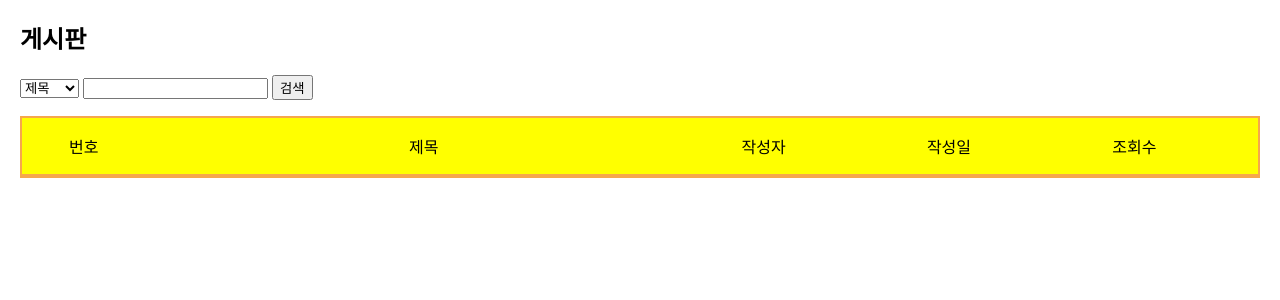
Repository: anydevil0812/board_subject
Page: http://localhost/board/main.jsp
These files come from the project's save history. The page is drawn as it stood at one moment and after the next save; the edit follows.
The browser window is 1280 px wide. The pictures show the whole page.
The page is served by Tomcat 9. Other server files are loaded and not shown.

Above is the page before, as saved 2024-10-25 04:41:57.

### board/src/main/webapp/main.jsp
<%@page import="util.DBUtil"%>
<%@page import="java.sql.Connection"%>
<%@ taglib uri="http://java.sun.com/jsp/jstl/core" prefix="c"%>
<%@ page contentType="text/html;charset=UTF-8" language="java" %>
<%@ page import="java.util.List" %>
<%@ page import="dto.BoardDTO" %>
<%@ page import="dao.BoardDAO" %>

<%

	Connection conn = DBUtil.connect();
	BoardDTO dto = new BoardDTO();
	BoardDAO dao = new BoardDAO();

%>
<html>
<head>
    <title>Subject1-3</title>
    <link rel="stylesheet" href="./css/1.css"/>
</head>
<body>
    <h2>게시판</h2>
    <form action="" method="post">
	   <span>
	       <select name="search-category">
	           <option>제목</option>
	           <option>작성자</option>
	           <option>내용</option>
	       </select>
	   </span>
	   <span>
	       <input type="text" name="search-text">
	   </span>
	   <span>
	       <button name="search-button">검색</button>
	   </span>
	</form>
    <div class="board-title">
        <dl>
            <dt id="number">번호</dt>
            <dt id="title">제목</dt>
            <dt id="writer">작성자</dt>
            <dt id="date">작성일</dt>
            <dt id="views">조회수</dt>
        </dl>
    </div>
    <div class="board-list">
    	<c:forEach var="dto" items="${lists}">
	        <dl>
	            <dd>${dto.num}</dd>
	            <dd>
	            	<a href="${articleUrl}&num=${dto.num}">
                    	${dto.subject}
               		</a>
	            </dd>
	            <dd>${dto.name}</dd>
	            <dd>${dto.date}</dd>
	            <dd>${dto.count}</dd>
	        </dl>
        </c:forEach>
    </div>
    <c:forEach var="post" items="${posts}">
        <div class="forward">
            <div class="post-title">${post.title}</div>
            <div>${post.content}</div>
            <div>작성자: ${post.username}</div>
        </div>
    </c:forEach>
</body>
</html>

### board/src/main/java/util/DBUtil.java
package util;

import java.sql.Connection;
import java.sql.DriverManager;
import java.sql.ResultSet;
import java.sql.SQLException;
import java.sql.Statement;

public class DBUtil {

	 public static Connection connect() throws SQLException, ClassNotFoundException {
		 	String driver ="oracle.jdbc.driver.OracleDriver";
	        String db_url = "jdbc:oracle:thin:@localhost:1521:xe";
	        String db_id = "SYSTEM";
	        String db_pw = "20241014!";
	        Class.forName(driver);

	        return DriverManager.getConnection(db_url, db_id, db_pw);
	 }

     public static void close(Connection con, Statement stmt, ResultSet rset) {
        try {
            if (rset != null) {
                rset.close();
                rset = null;
            }
            if (stmt != null) {
                stmt.close();
                stmt = null;
            }
            if (con != null) {
                con.close();
                con = null;
            }
        } catch (SQLException e) {
            e.printStackTrace();
        }
     }

}

### board/src/main/java/dto/BoardDTO.java
package dto;

public class BoardDTO {

	int num;

	String title;

	String name;

	String date;

	String views;

	public int getNum() {
		return num;
	}

	public void setNum(int num) {
		this.num = num;
	}

	public String getTitle() {
		return title;
	}

	public void setTitle(String title) {
		this.title = title;
	}

	public String getName() {
		return name;
	}

	public void setName(String name) {
		this.name = name;
	}

	public String getDate() {
		return date;
	}

	public void setDate(String date) {
		this.date = date;
	}

	public String getViews() {
		return views;
	}

	public void setViews(String views) {
		this.views = views;
	}

}

### board/src/main/webapp/css/1.css
body {
    margin: 20px;
}

.content {
    width: 70%;
    margin: 0 auto;
}

.board-title {
	background-color: yellow;
	border: 2px solid #f6a74c;
}

.board-title dl {
    display: flex;
}

.board-title dt {
    text-align: center;
}

.board-list {
	background-color: #f2feb3;
	border: 2px solid #f6a74c;
	border-top: none;
}

.forward {
    border: 1px solid #ccc;
    margin: 10px 0;
    padding: 10px;
}

#number, #views, #writer {
	width: 10%
}

#title {
	width: 45%;
}

#date {
	width: 20%
}

.post-title {
    font-weight: bold;
    font-size: 1.2em;
}

.form-container {
    margin-bottom: 20px;
}

After the next save:
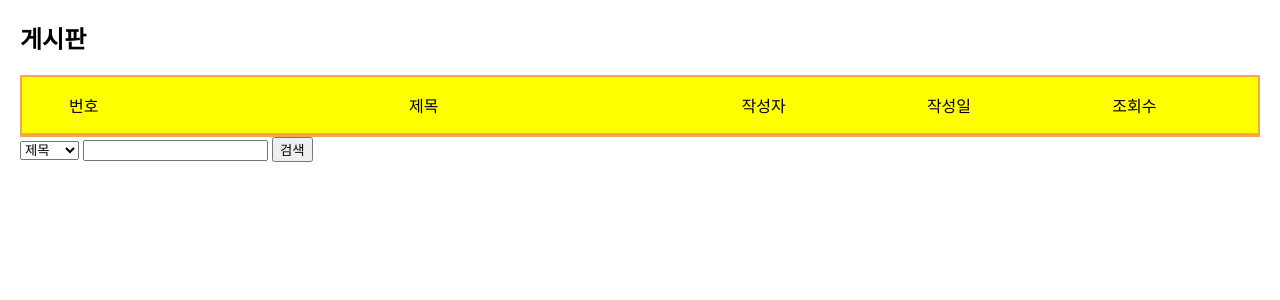
Saved 60 s later.
--- a/board/src/main/webapp/main.jsp
+++ b/board/src/main/webapp/main.jsp
@@ -20,21 +20,6 @@
 </head>
 <body>
     <h2>게시판</h2>
-    <form action="" method="post">
-	   <span>
-	       <select name="search-category">
-	           <option>제목</option>
-	           <option>작성자</option>
-	           <option>내용</option>
-	       </select>
-	   </span>
-	   <span>
-	       <input type="text" name="search-text">
-	   </span>
-	   <span>
-	       <button name="search-button">검색</button>
-	   </span>
-	</form>
     <div class="board-title">
         <dl>
             <dt id="number">번호</dt>
@@ -66,5 +51,20 @@
             <div>작성자: ${post.username}</div>
         </div>
     </c:forEach>
+    <form action="" method="post">
+	   <span>
+	       <select name="search-category">
+	           <option>제목</option>
+	           <option>작성자</option>
+	           <option>내용</option>
+	       </select>
+	   </span>
+	   <span>
+	       <input type="text" name="search-text">
+	   </span>
+	   <span>
+	       <button name="search-button">검색</button>
+	   </span>
+	</form>
 </body>
 </html>
